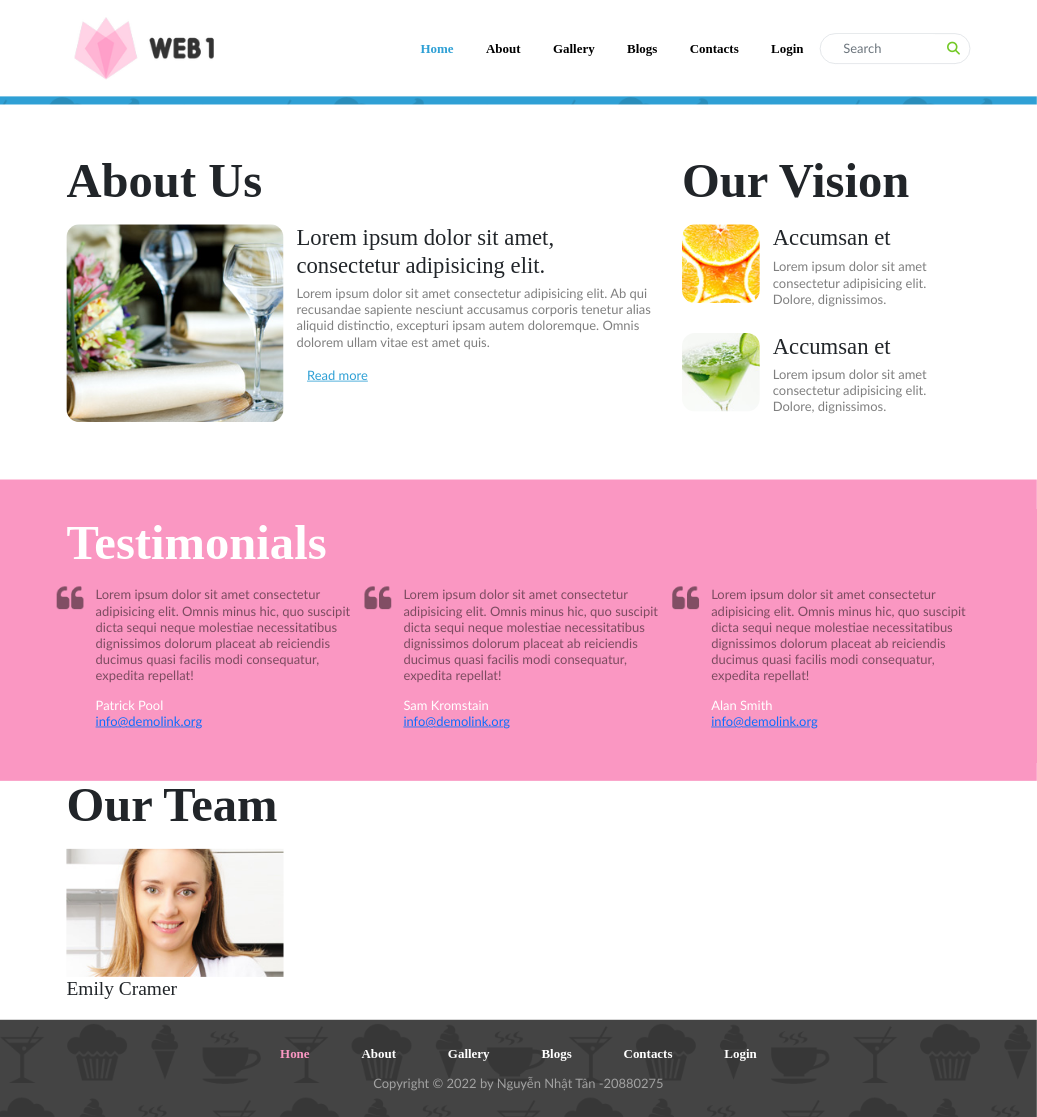
Repository: carembanhkem/web1-20880275
Page: about.html
These files come from the project's save history. The page is drawn as it stood at one moment and after a run of saves; the edit follows.
The browser window is 1280 px wide. The pictures show the whole page, at 81% of full size.
Some web fonts or font styles are not loaded; a fallback is used. Some web libraries are served in a nearby version.

Above is the page before, as saved 2023-02-06 11:37:45.
Console error: ReferenceError: bootstrap is not defined

After the next 3 saves:
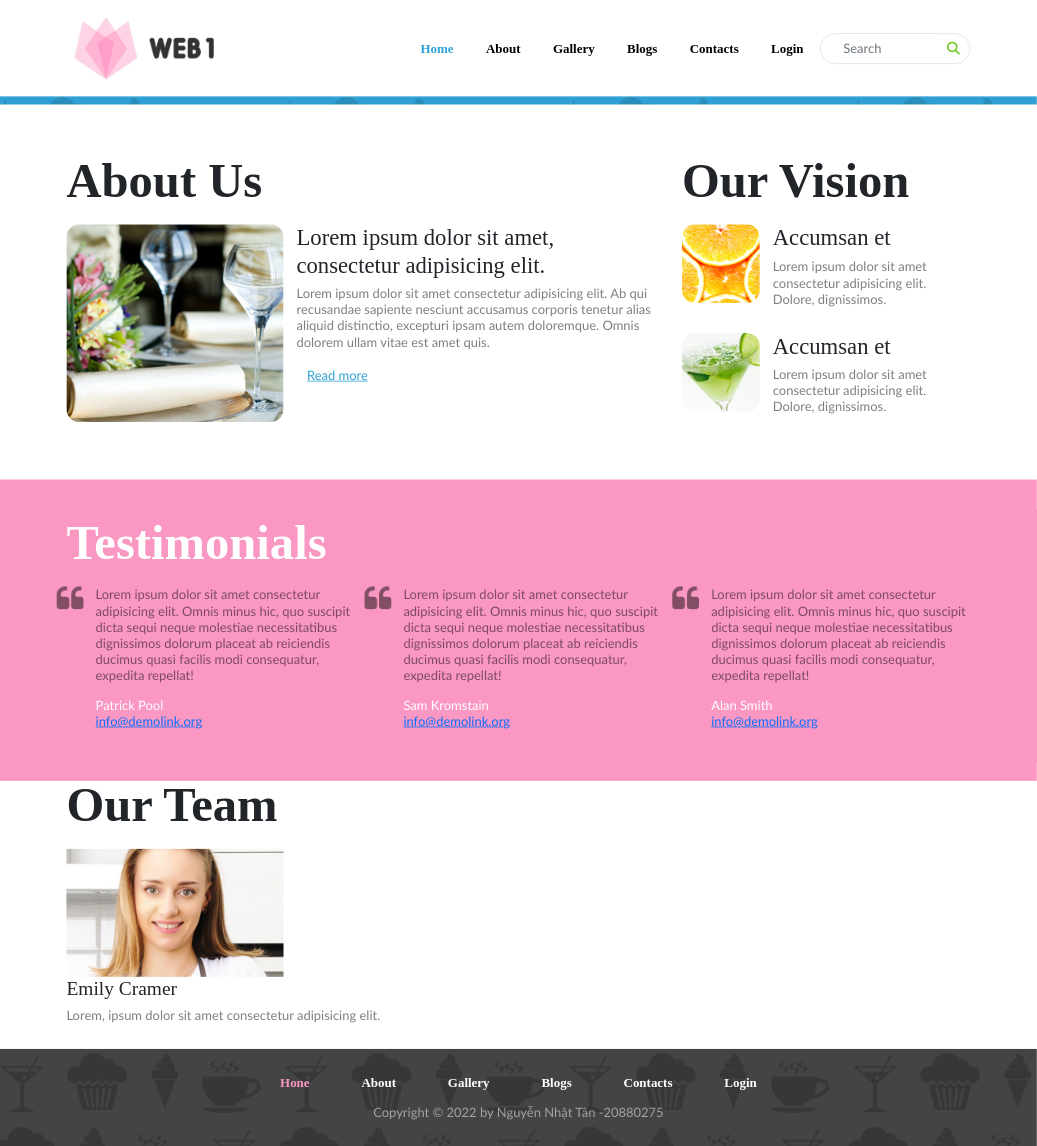
The 3 saves are shown as one change because they came seconds apart.
The last was saved 11 s later.
--- a/about.html
+++ b/about.html
@@ -119,6 +119,7 @@
                 <div class="col">
                     <img src="images/our-team/team-1.jpg" alt="team-1">
                     <h4>Emily Cramer</h4>
+                    <p class="text-black-50">Lorem, ipsum dolor sit amet consectetur adipisicing elit.</p>
                 </div>
             </div>
         </div>
